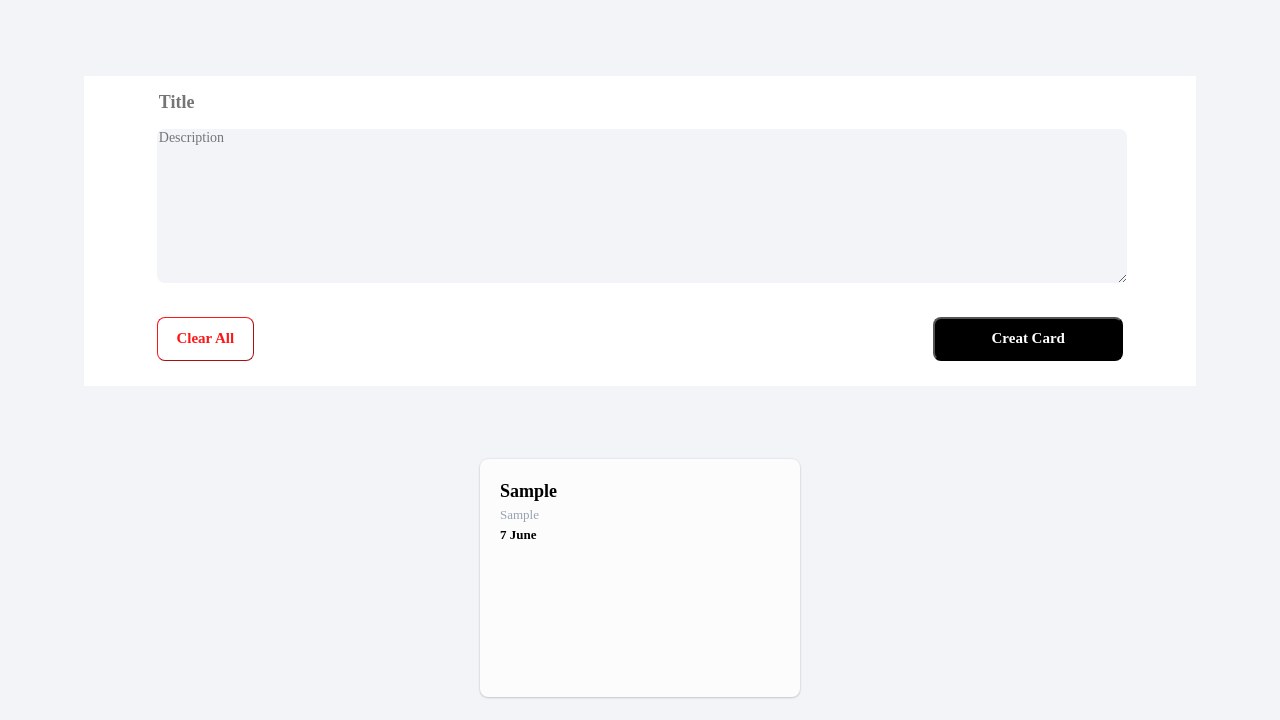
Repository: ReyhanehRahmani/TO-DO
Page: index.html
These files come from the project's save history. The page is drawn as it stood at one moment and after the next save; the edit follows.
The browser window is 1280 px wide. The pictures show the whole page.
Empty fields were first filled with sample values (such as "Sample", 5 or name@example.com).
After loading, the first visible `#creatbut` was clicked once.

Above is the page before, as saved 2025-06-08 10:49:12.

### index.html
<!DOCTYPE html>

<html lang="en">

    <head>

        <meta name="viewport" content="width=device-width, initial-scale=1.0" />

        <title>TO-DO</title>

        <link rel="icon" type="image/jpg" href="favicon.png">

        <link rel="stylesheet" href="style.css">

    </head>
    <body>
        <div id="main-card">
            <div id="content">
                <div >
                <div id="title">
                    <input type="text" id="titlebox" minlength="3" maxlength="30" placeholder="Title">
                </div>
                <div id="description">
                    <textarea type="text" id="descriptionbox" maxlength="200" placeholder="Description"></textarea>
                </div>
                </div>

                <div id="buttons">
                    <div id="clear"><button id="clearbut">Clear All</button></div>
                    <div id="creat"><button id="creatbut">Creat Card</button></div>
                </div>
            </div>
        </div>
        <div id="cardsContainer"></div>
        <script src="script.js"></script>
    </body>

### style.css
body{
    background-color: #F2F4F7;
}



#main-card{
    margin-left: 6%;
    margin-right: 6%;
    margin-top: 6%;
    background-color: #FFFFFF;
}

#content{
    margin-right: 6.557377049%;
    margin-left: 6.557377049%;
    margin-top: 6.557377049%;
    margin-bottom: 6.557377049%;
}

#titlebox{
    font-family: Poppins;
    font-weight: 700;
    font-size: 18px;
    line-height: 150%;
    letter-spacing: -2%;
    border: none;
    width: 100%;
    height: 51px;
}

#descriptionbox{
    border: none;
    width: 100%;
    font-family: 'Poppins';
    font-weight: 500;
    font-size: 14px;
    line-height: 100%;
    letter-spacing: -3%;
    height: 150px;
    border-radius: 8px;
    background: #F2F4F7;

}

#content{
    display: flex;
    flex-direction: column;
    justify-content: space-between;
    gap: 30px;
}

#buttons{
    display: flex;
    justify-content: space-between;
    gap: 12px;
    margin-bottom: 25px;
}

#clear{
    text-align: center;
    justify-content: center;
}

#clearbut{
    height: 44px;
    border-radius: 8px;
    border-width: 1.4px;
    border-color: #FF1616;
    background-color: #FFFFFF;
    font-family: 'Poppins';
    font-weight: 700;
    font-size: 15px;
    line-height: 100%;
    letter-spacing: -3%;
    color: #FF1616;
    white-space: nowrap;
    width: 97px;

}

#creat{
    text-align: center;
    justify-content: center;
}

#creatbut{
    height: 44px;
    border-radius: 8px;
    background: #000000;
    font-family: 'Poppins';
    font-weight: 600;
    font-size: 15px;
    line-height: 100%;
    letter-spacing: -3%;
    color: #FFFFFF;
    width: 190px;

}

.cardsContainer{
    justify-content: center;
}


.card {
    width: 320px;
    height: 238px;
    border-radius: 8px;
    background: #FCFCFD;
    box-shadow: 0px 0.5px 2px 0px #1018284D;
    justify-self: center;
    position: relative;
}


.cardTitle{
    font-family: Poppins;
    font-weight: 700;
    font-size: 18px;
    line-height: 150%;
    letter-spacing: -2%;
    margin-left: 6.25%;
    padding-top: 6.1%;
}

.cardDate{
    font-family: Poppins;
    font-weight: 600;
    font-size: 13px;
    line-height: 150%;
    letter-spacing: -2%;
    margin-left: 6.25%;

}

.cardDesc{
    font-family: Poppins;
    font-weight: 500;
    font-size: 13px;
    line-height: 150%;
    letter-spacing: -2%;
    color: #98A2B3;
    margin-left: 6.25%;

}

### script.js
document.getElementById("creatbut").onclick = function () {

    const title = document.getElementById("titlebox").value.trim();
    const desc = document.getElementById("descriptionbox").value.trim();

    const card = document.createElement("div");
    card.classList.add("card");

    const cardItems =document.createElement("div");
    card.classList.add("cardItem");

    card.appendChild(cardItems);

    const titleElem = document.createElement("div");
    titleElem.classList.add("cardTitle");
    titleElem.textContent = title;

    const descElem = document.createElement("div");
    descElem.classList.add("cardDesc");
    descElem.textContent = desc;

    const dateElem = document.createElement("div");
    dateElem.classList.add("cardDate");

    const now = new Date();
    const day = now.getDate();
    const monthNames = ["January", "February", "March", "April", "May", "June","July", "August", "September", "October", "November", "December"];

    const month = monthNames[now.getMonth()];

    const formattedDate = day + " " + month;

    dateElem.textContent = formattedDate;

    cardItems.appendChild(titleElem);
    cardItems.appendChild(descElem);
    cardItems.appendChild(dateElem);

    document.getElementById("cardsContainer").appendChild(card);

    document.getElementById("titlebox").value = "";
    document.getElementById("descriptionbox").value = "";
};

After the next save:
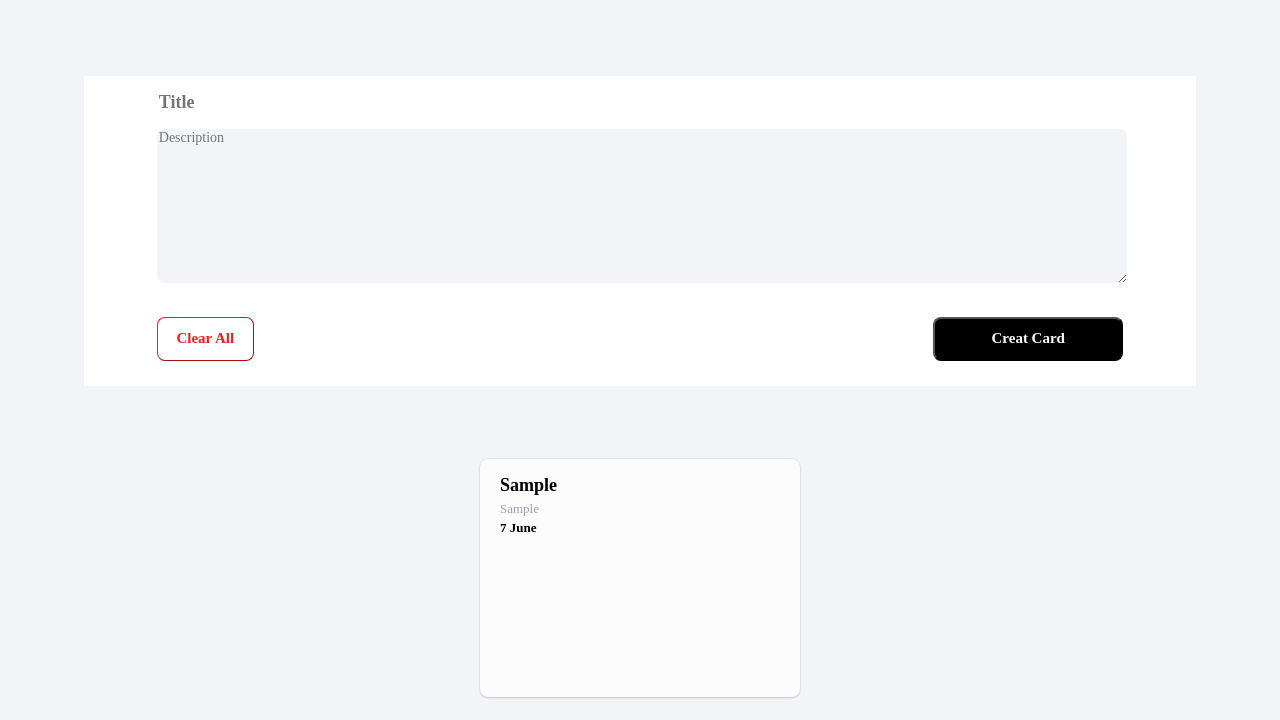
Saved 11 s later.
--- a/style.css
+++ b/style.css
@@ -121,7 +121,7 @@ body{
     line-height: 150%;
     letter-spacing: -2%;
     margin-left: 6.25%;
-    padding-top: 6.1%;
+    padding-top: 4.1%;
 }
 
 .cardDate{
